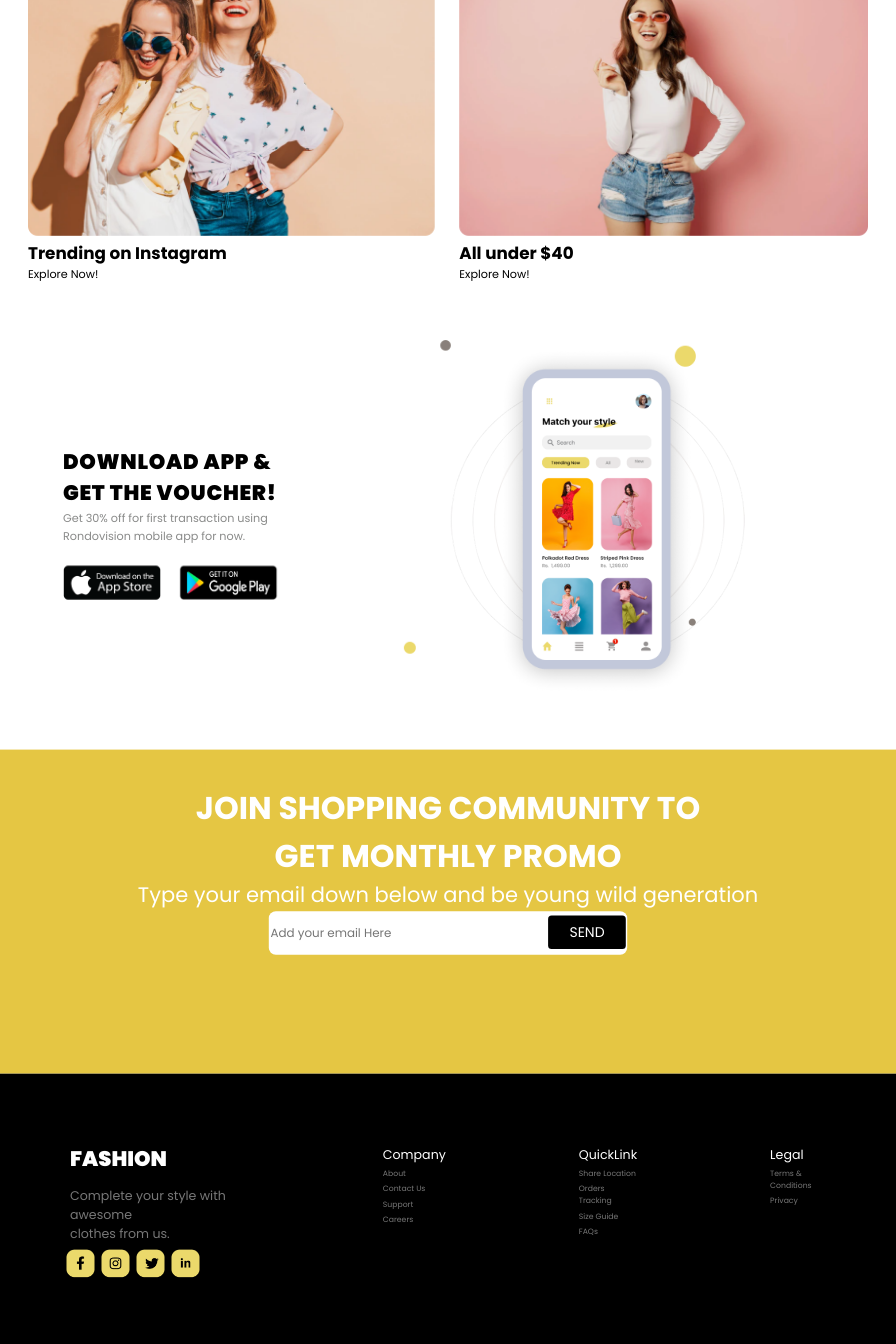
Repository: isaacCodes1/FashionWebsite
Page: index.html
These files come from the project's save history. The page is drawn as it stood at one moment and after a run of saves; the edit follows.
The browser window is 1280 px wide. The pictures show the part of the page from y = 2497 to 4417 px (the page is 4417 px tall), at 70% of full size.
The pointer rests on the first visible `.input a`.

Above is the page before, as saved 2024-03-14 11:19:42.

After the next 3 saves:
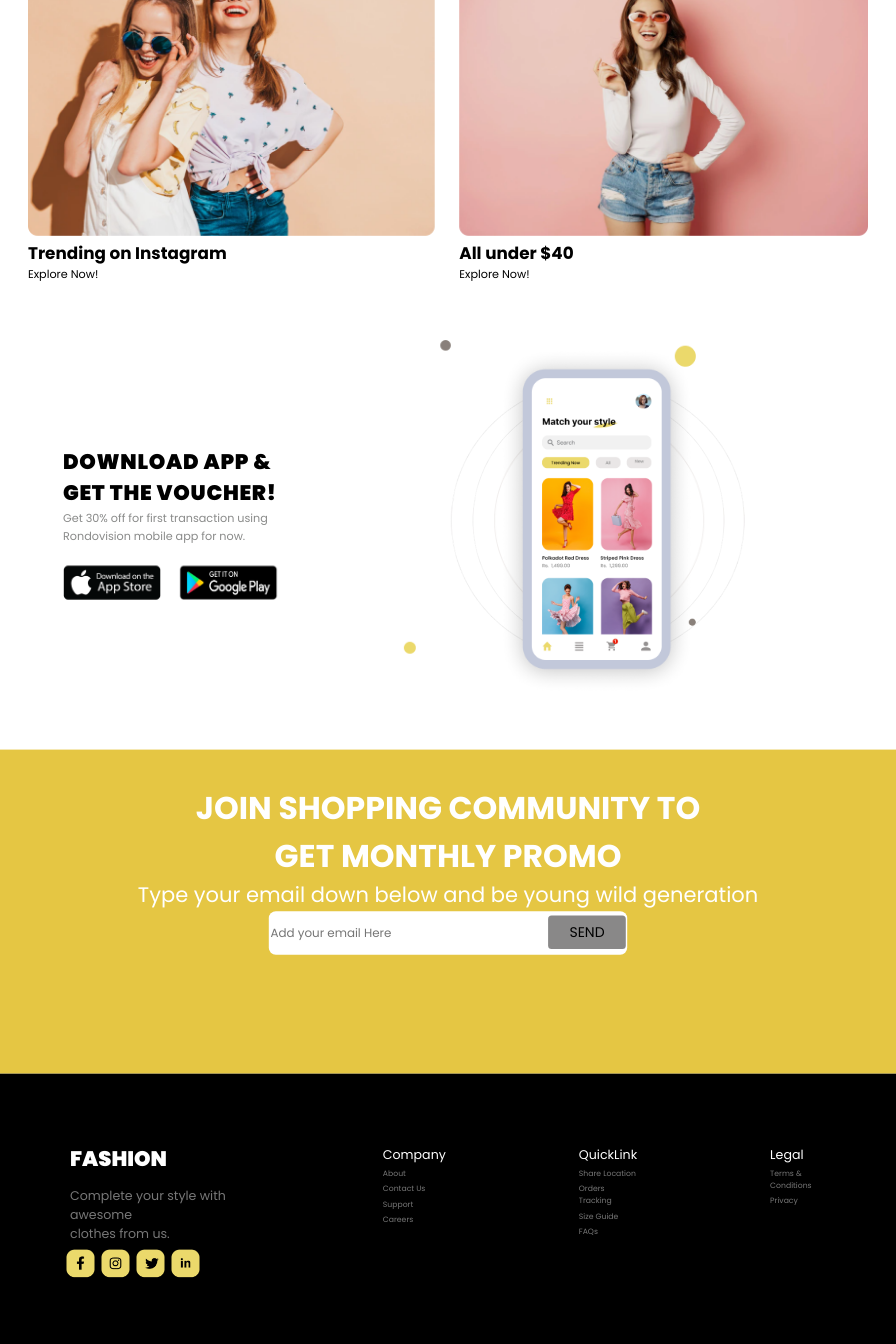
The 3 saves are shown as one change because they came seconds apart.
The last was saved 28 s later.
--- a/style.css
+++ b/style.css
@@ -504,8 +504,12 @@
   border-radius: 5px;
 }
 .input a:hover{
-  color
-}
+  transform: scale(1.05);
+  transition: 1s ease-in-out;
+  color: #000;
+  background: rgb(137, 136, 136);
+}
+
 .footDiv {
   display: flex;
   background: #000;
